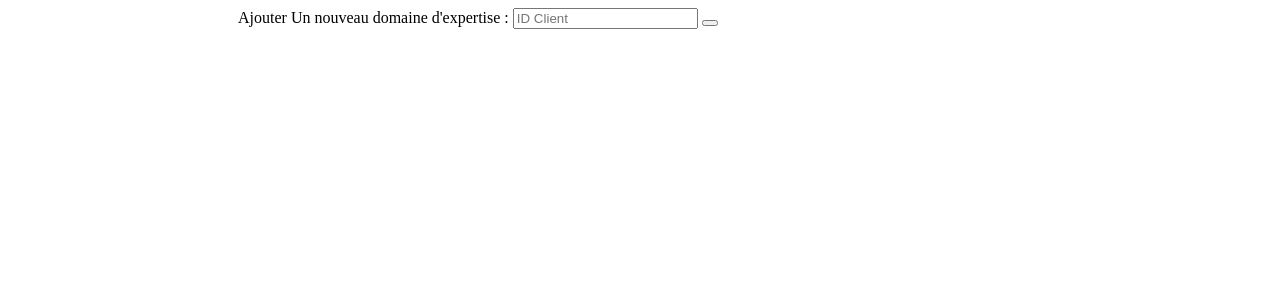
Repository: Bjalel/ConsultingPlatform
Page: adminexpertise.html
These files come from the project's save history. The page is drawn as it stood at one moment and after the next save; the edit follows.
The browser window is 1280 px wide. The pictures show the whole page.

Above is the page before, as saved 2019-09-22 17:44:12.

After the next save:
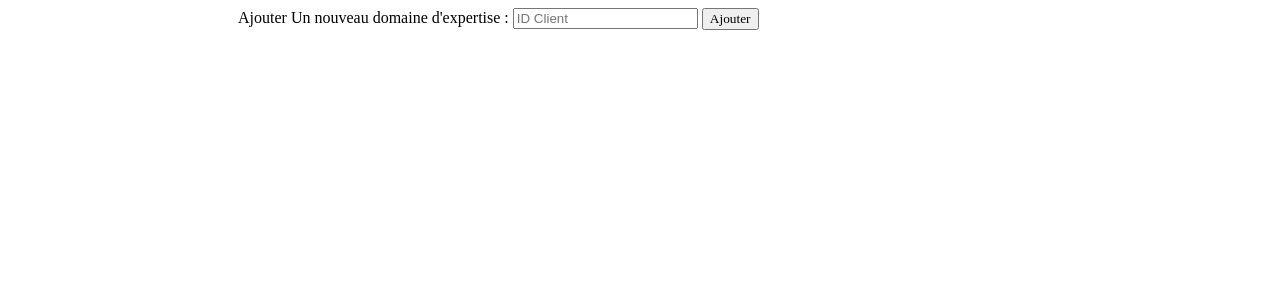
Saved 6 s later.
--- a/adminexpertise.html
+++ b/adminexpertise.html
@@ -20,7 +20,7 @@
 
 
             <input type="text" class="form-control"  placeholder="ID Client" >
-            <button type="submit" class="btn btn-dark" style="font-family: 'Agency FB Bold' " > </button>
+            <button type="submit" class="btn btn-dark" style="font-family: 'Agency FB Bold' " >Ajouter </button>
              </div>
 
          </div>
